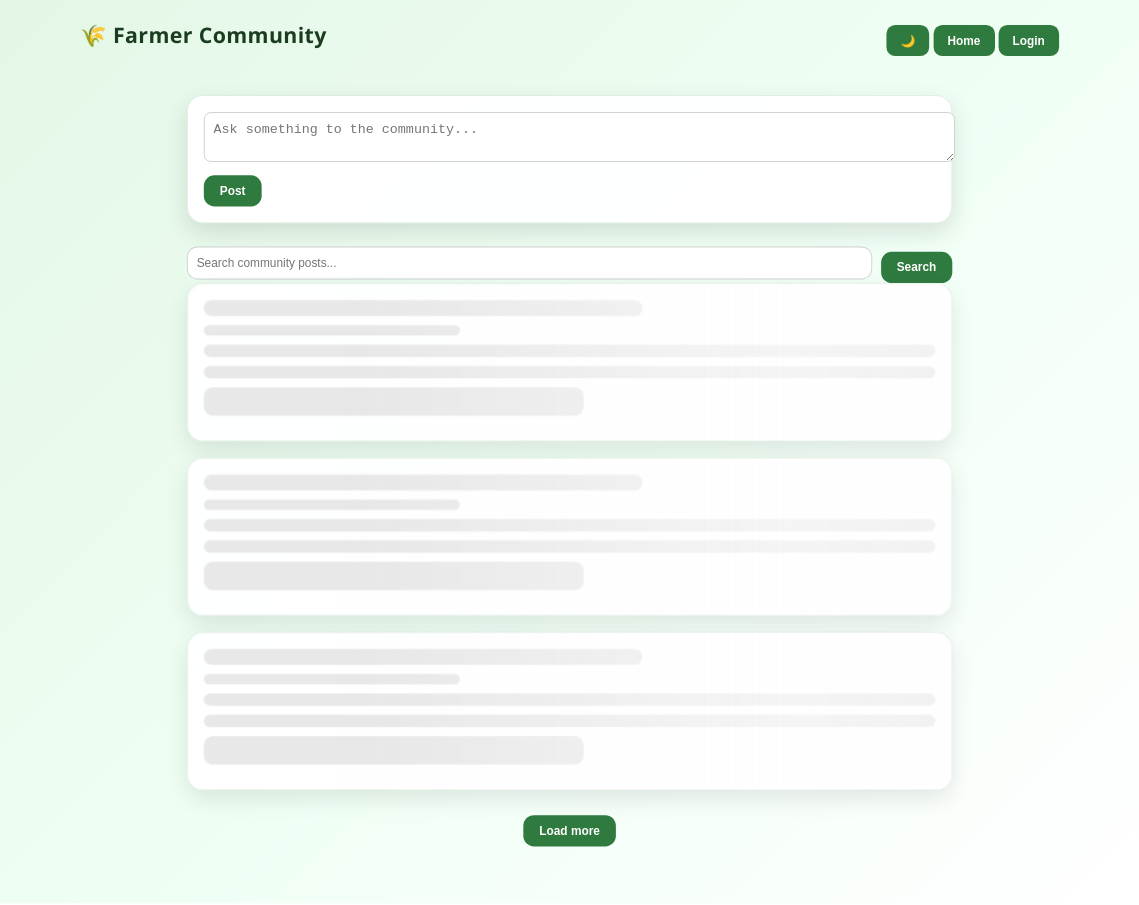
Repository: Desterhub/Agrogyanchatgpt
Page: agrogyan-gpt-main/frontend/community.html
An editor plug-in stored every save of this project. The page is shown before and after the next save, followed by the edit.
The browser window is 1280 px wide. The pictures show the whole page, at 89% of full size.
The page's requests for data from a server got no answer.

Above is the page before, as saved 2026-03-11 23:54:20.

After the next save:
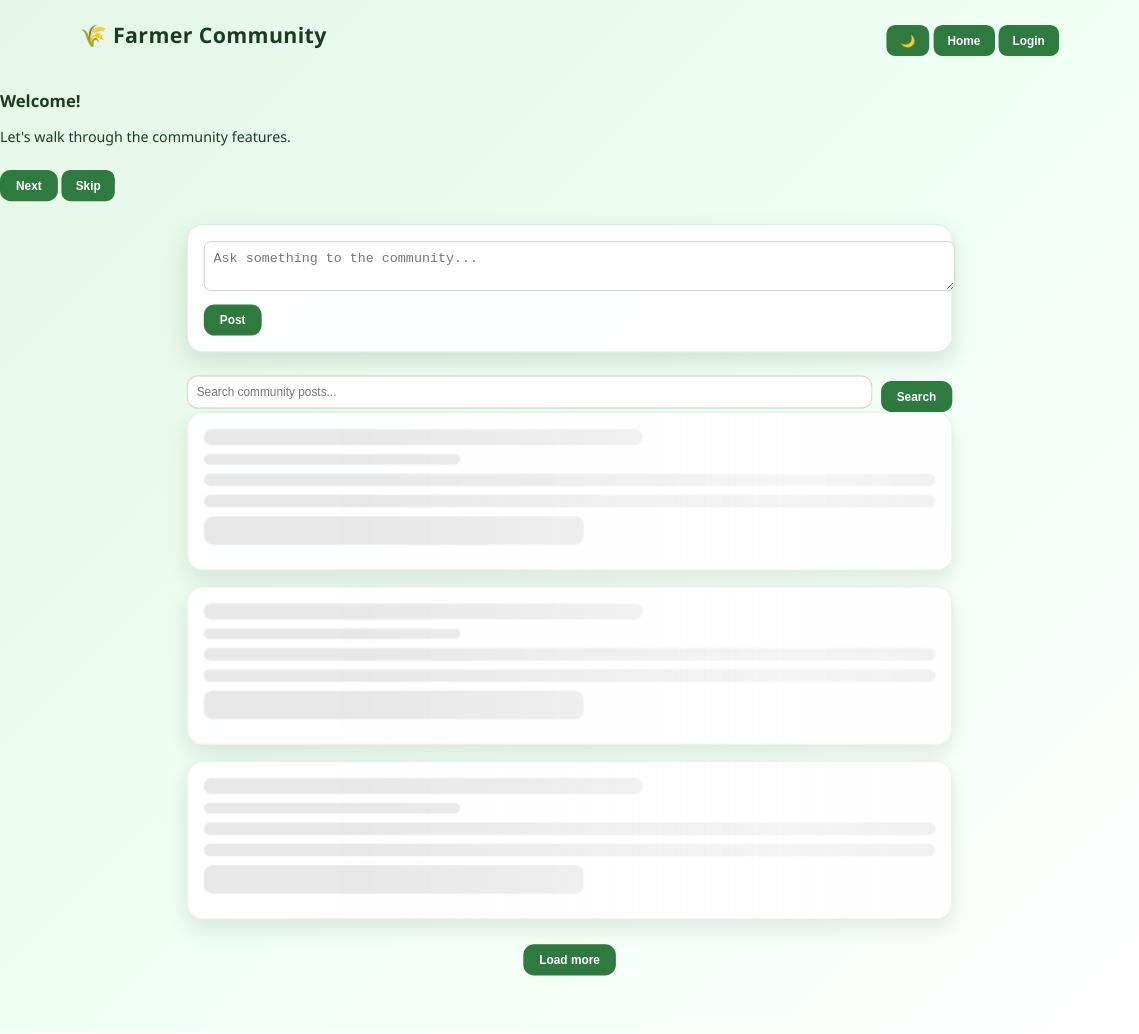
Saved 63 min 55 s later.
--- a/agrogyan-gpt-main/frontend/community.html
+++ b/agrogyan-gpt-main/frontend/community.html
@@ -191,6 +191,21 @@
         <button id="authButton" class="nav-btn"></button>
     </div>
 </header>
+
+<div id="toast" class="toast"></div>
+
+<div id="tourOverlay" class="tour-overlay hidden">
+    <div class="tour-card">
+        <div class="tour-step" id="tourStep">
+            <h3 id="tourTitle">Welcome!</h3>
+            <p id="tourText">Let's walk through the community features.</p>
+            <div class="tour-buttons">
+                <button id="tourNext" class="primary-btn">Next</button>
+                <button id="tourSkip" class="nav-btn">Skip</button>
+            </div>
+        </div>
+    </div>
+</div>
 
 <main class="community-container">
     <section class="post-box">

After the save that followed:
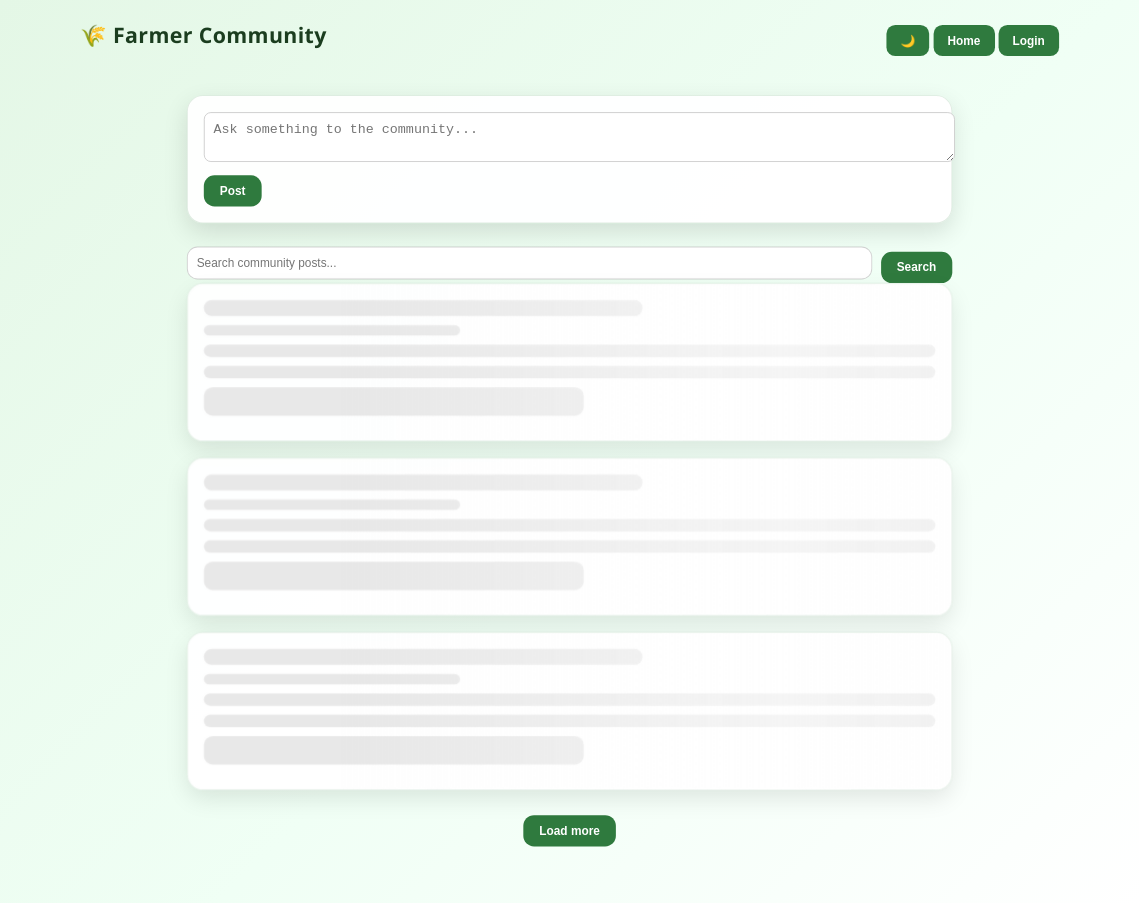
Saved 61 s later.
--- a/agrogyan-gpt-main/frontend/style.css
+++ b/agrogyan-gpt-main/frontend/style.css
@@ -423,3 +423,107 @@ button:hover{
         display: flex;
     }
 }
+
+.toast {
+    position: fixed;
+    bottom: 26px;
+    right: 26px;
+    max-width: 320px;
+    padding: 14px 16px;
+    border-radius: 14px;
+    background: rgba(24, 70, 30, 0.94);
+    color: #f1ffef;
+    box-shadow: 0 12px 30px rgba(0, 0, 0, 0.35);
+    font-weight: 600;
+    opacity: 0;
+    transform: translateY(18px);
+    transition: opacity 0.3s ease, transform 0.3s ease;
+    pointer-events: none;
+    z-index: 2000;
+}
+
+.toast.show {
+    opacity: 1;
+    transform: translateY(0);
+    pointer-events: auto;
+}
+
+.toast.success {
+    background: rgba(37, 122, 50, 0.95);
+}
+
+.toast.error {
+    background: rgba(160, 40, 40, 0.96);
+}
+
+.tour-overlay {
+    position: fixed;
+    inset: 0;
+    background: rgba(0, 0, 0, 0.62);
+    display: flex;
+    justify-content: center;
+    align-items: center;
+    padding: 22px;
+    z-index: 2500;
+    opacity: 1;
+    transition: opacity 0.3s ease;
+}
+
+.tour-overlay.hidden {
+    opacity: 0;
+    pointer-events: none;
+}
+
+.tour-card {
+    max-width: 420px;
+    width: 100%;
+    padding: 24px 20px;
+    border-radius: 18px;
+    background: rgba(255, 255, 255, 0.95);
+    box-shadow: 0 16px 42px rgba(0, 0, 0, 0.25);
+    border: 1px solid rgba(47, 122, 62, 0.22);
+    text-align: center;
+    animation: pop 0.3s ease;
+}
+
+.tour-card h3 {
+    margin: 0 0 10px;
+    font-size: 22px;
+    color: #1b3d1f;
+}
+
+.tour-card p {
+    margin: 0 0 18px;
+    color: #3d5f46;
+    line-height: 1.4;
+}
+
+.tour-buttons {
+    display: flex;
+    justify-content: center;
+    gap: 12px;
+    flex-wrap: wrap;
+}
+
+@keyframes pop {
+    from {
+        opacity: 0;
+        transform: scale(0.92);
+    }
+    to {
+        opacity: 1;
+        transform: scale(1);
+    }
+}
+
+@keyframes float {
+    0% {
+        transform: translateY(0);
+    }
+    50% {
+        transform: translateY(-10px);
+    }
+    100% {
+        transform: translateY(0);
+    }
+}
